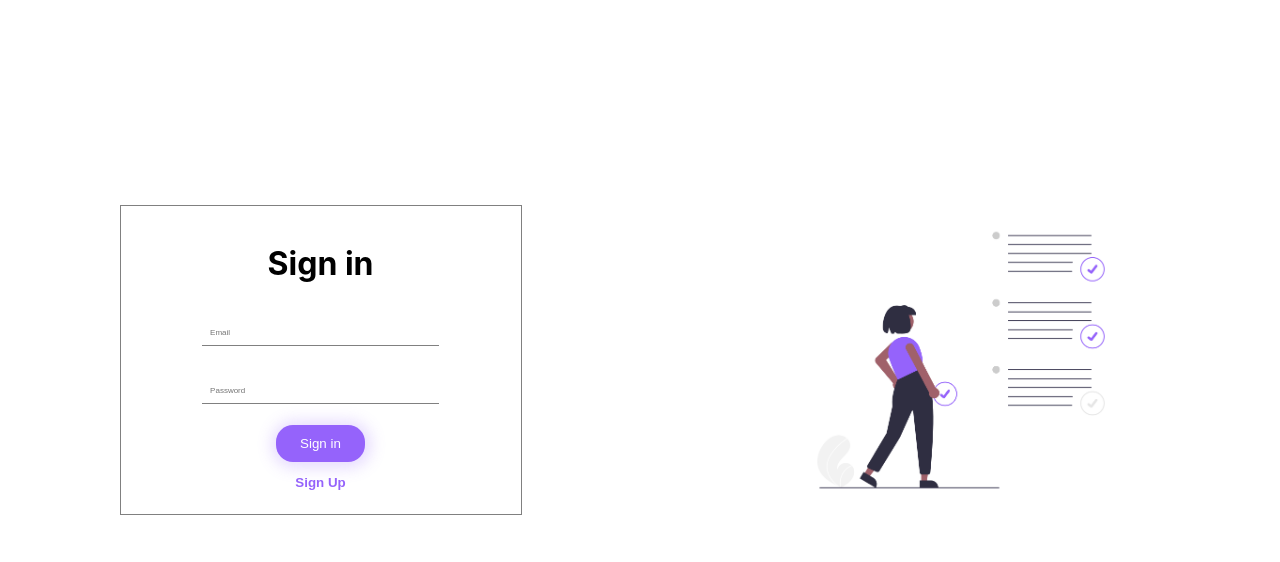
Repository: EEOOOO/wanted-pre-onboarding-fe
Page: / (app in to-do-list-app/)
An editor plug-in stored every save of this project. The page is shown before and after the next save, followed by the edit.
The browser window is 1280 px wide. The pictures show the whole page.
The project was rebuilt for these pictures with package versions that can differ from the ones it lists, and the page was loaded fresh each time. Also part of the build but not shown: to-do-list-app/src/components/sign_up/sign_up.module.css, to-do-list-app/src/components/sign_up/sign_up.jsx, to-do-list-app/src/components/todoList/todo_list.jsx.

Above is the page before, as saved 2022-08-22 00:39:09.

After the next save:
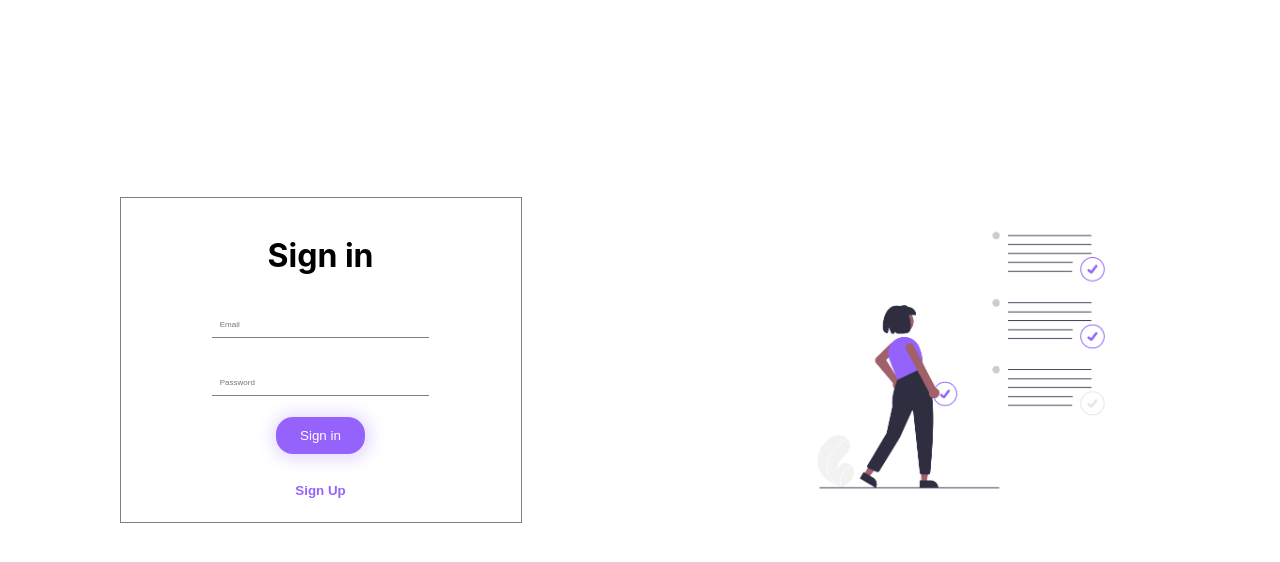
Saved 43 s later.
--- a/to-do-list-app/src/components/login_input_form/login_input_form.module.css
+++ b/to-do-list-app/src/components/login_input_form/login_input_form.module.css
@@ -1,3 +1,6 @@
+.inputForm {
+  margin: 1rem;
+}
 .email,
 .password {
   display: flex;
